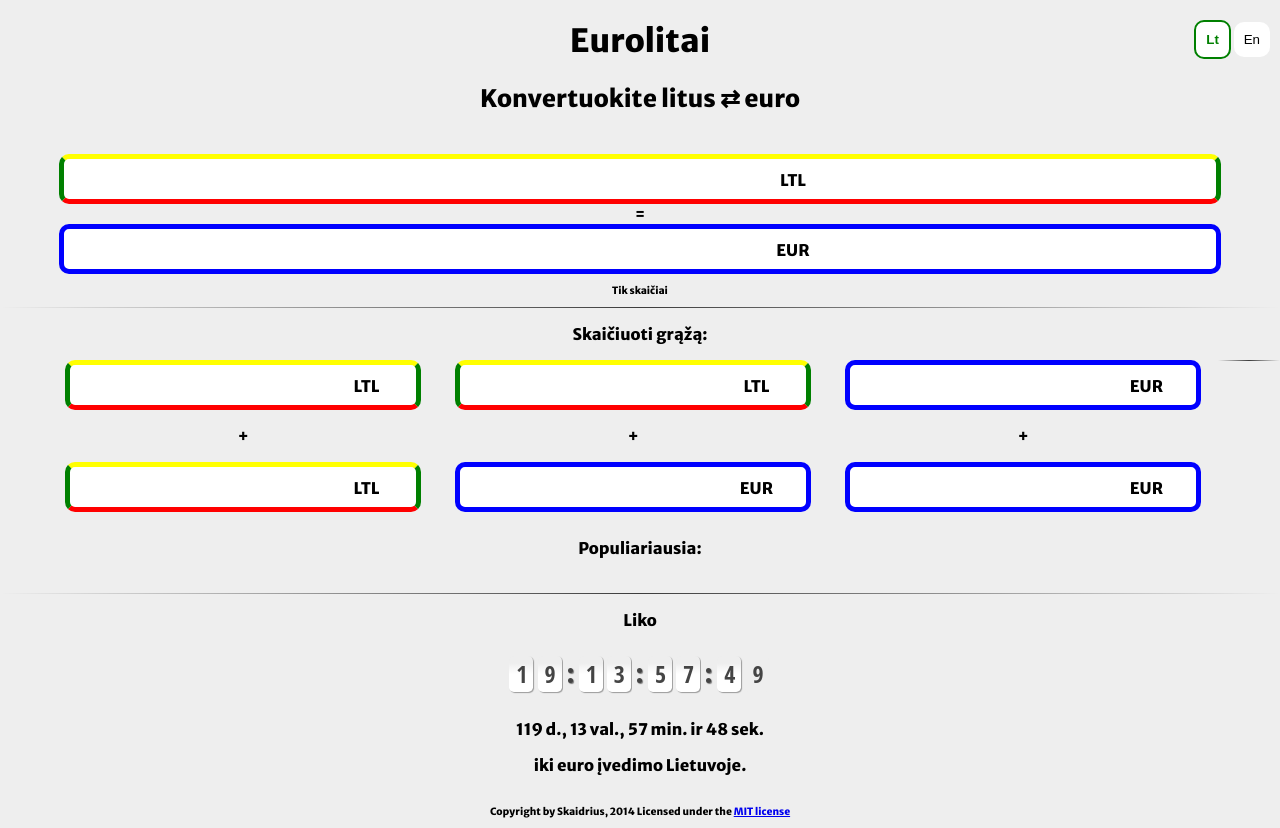
Repository: Skaidrius/eurolitai
Page: index.html
The author's editor kept a record of every edit. The page is drawn from the files as they stood at one moment, then again after the next edit.
The browser window is 1280 px wide. The pictures show the whole page.
Some web libraries are served in a nearby version.

Above is the page before.

After the next edit:
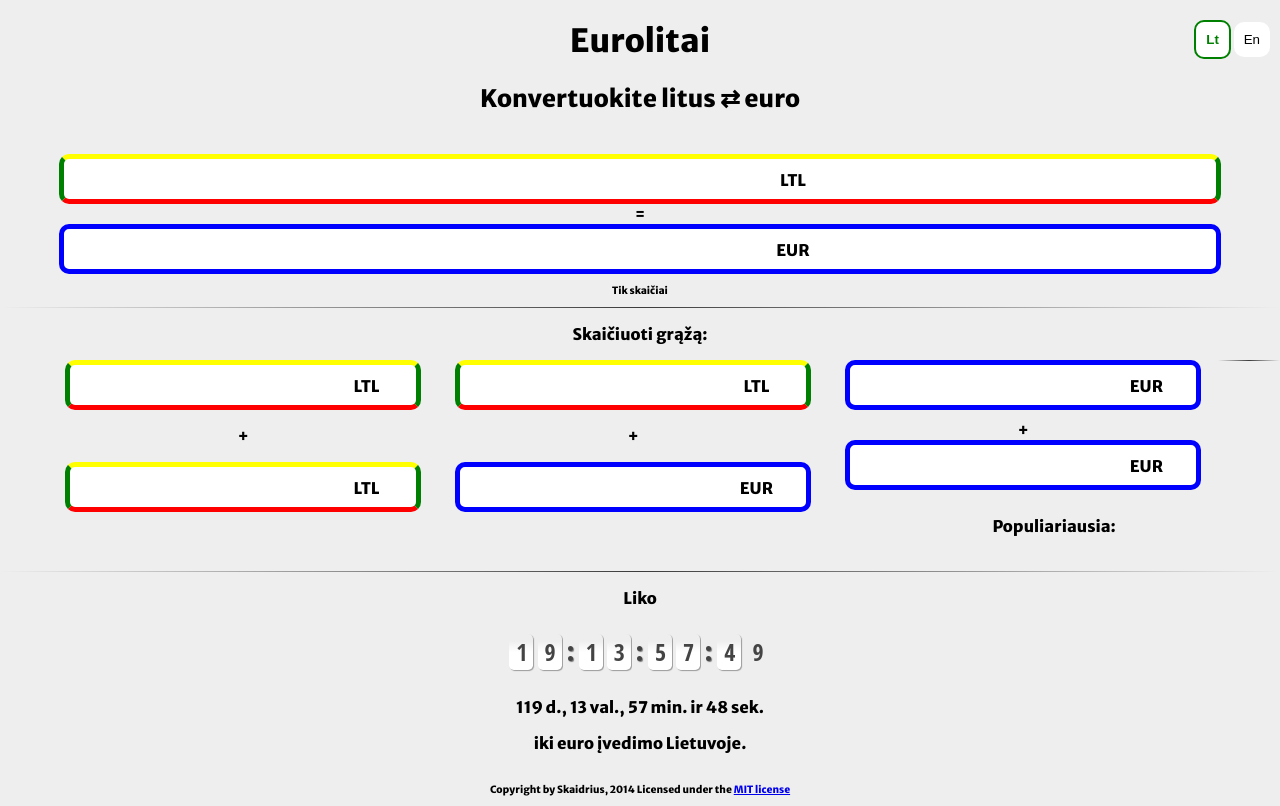
The edit:
--- a/index.html
+++ b/index.html
@@ -71,7 +71,7 @@
               <input class="input center" type="number" id="changeEurEur1" name="eur">
               <label class="money" for="eur">EUR</label>
             </div>
-            <p>+</p>
+            <div>+</div>
             <div class="box eur round">
               <input class="input center" type="number" id="changeEurEur2" name="eur">
               <label class="money" for="eur">EUR</label>
